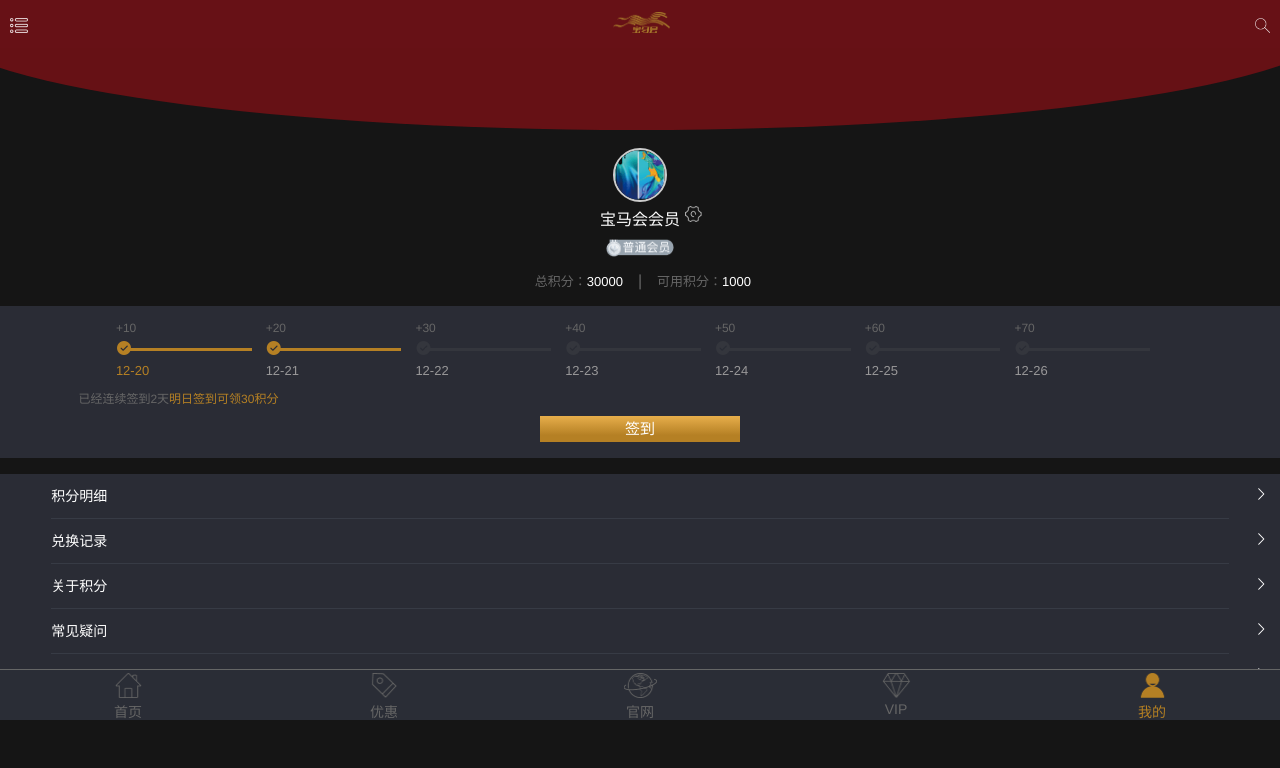
Repository: ada6688/IntegralMall
Page: /Member
These files come from the project's save history. The page is drawn as it stood at one moment and after the next save; the edit follows.
The browser window is 1280 px wide. The pictures show the whole page.
The project was rebuilt for these pictures with package versions that can differ from the ones it lists, and the page was loaded fresh each time. Also part of the build but not shown: src/components/page/notice.vue, src/components/page/shouye.vue, src/components/page/Vip.vue, src/components/page/Youhui.vue, src/router/index.js.

Above is the page before, as saved 2020-01-04 19:33:14.

### index.html
<!DOCTYPE html>
<html>
  <head>
    <meta charset="utf-8">
    <meta name="viewport" content="width=device-width,initial-scale=1.0">
    <title>integralmall</title>
  </head>
  <body>
    <div id="app"></div>
    <!-- built files will be auto injected -->
  </body>
</html>

### src/main.js
// The Vue build version to load with the `import` command
// (runtime-only or standalone) has been set in webpack.base.conf with an alias.
import Vue from 'vue'
import App from './App'
import router from './router'
import ElementUI from 'element-ui'
import 'element-ui/lib/theme-chalk/index.css'
import {Cell, CellGroup, Tabbar, TabbarItem, PullRefresh, Stepper, Tab, Tabs, Button, Row, Col, Swipe, SwipeItem, Lazyload, List, Field, NavBar} from 'vant'
import '../src/assets/css/common.css'
import '../src/assets/css/index.css'
import 'swiper/dist/css/swiper.css'
import VueAwesomeSwiper from 'vue-awesome-swiper'
// import BScroll from 'better-scroll'

// Vue.use(BScroll)
Vue.use(VueAwesomeSwiper)
Vue.use(ElementUI)
Vue.use(Cell).use(CellGroup).use(Tabbar).use(TabbarItem).use(Stepper).use(PullRefresh).use(Tab).use(Tabs).use(Field).use(NavBar).use(Button).use(Row).use(Col).use(Swipe).use(SwipeItem).use(Lazyload).use(List)

Vue.config.productionTip = false

/* eslint-disable no-new */
new Vue({
  el: '#app',
  router,
  components: {
    App
  },
  template: '<App/>'
})
router.beforeEach((to, from, next) => {
  let str = '<p>个人中心</p>'
  if (to.meta.title) {
    document.getElementById('top-logo-change').innerHTML = to.meta.title
    if (to.meta.title === str) {
      document.getElementById('top-nav-right').innerHTML = '<img src="/static/topnav/kf.png" alt="搜索">'
    } else {
      document.getElementById('top-nav-right').innerHTML = '<img src="/static/topnav/ss.png" alt="搜索">'
    }
    // document.title = to.meta.title
  }
  next()
})

### src/App.vue
<template>
  <div id="app">
    <TopNav></TopNav>
    <router-view/>
    <BottomNav></BottomNav>
  </div>
</template>

<script>
import BottomNav from '@/components/common/Bottomnav'
import TopNav from '@/components/common/Topnav'
export default {
  name: 'App',
  components: {
    BottomNav,
    TopNav
  }
}
</script>

<style>
#app {
  font-family: 'Avenir', Helvetica, Arial, sans-serif;
  -webkit-font-smoothing: antialiased;
  -moz-osx-font-smoothing: grayscale;
  text-align: center;
  color: #2c3e50;
  background: #151515;
  height: 100vh;
}
</style>

### src/assets/css/common.css
body,p,ul{
  margin: 0;
  padding: 0;
}
li{
  list-style: none;
}
/* 顶部栏 */
.top-nav{
  width: 100%;
  height: 3rem;
  line-height: 3.5rem;
  background-color: #671116;
  position: fixed;
  top: 0;
  z-index: 99;
}
.top-nav-logo{
  color: #B58024;
}
.top-nav > div{
  display: inline-block;
  height: 100%;
}
.top-nav-left{
  float: left;
  margin-left: 10px;
}
.top-nav-right{
  float: right;
  margin-right: 10px;
}
.banner-item > img{
  width: 100%;
}
.swiper-container{
  height: 7.28rem;
}
.top-nav-t{
  color: #B58024;
}
/* 每个一级页面共有class */
.main-wrap{
  margin-top: 3rem;
  margin-bottom: 3.125rem;
  background: #151515;
}
/* 公告 */
.Notice-sign{
  width: 2rem;
  height: 100%;
  background: url('../images/topnav/lb.png') center no-repeat;
  float: left;
  box-shadow: 1px 0px 5px rgba(0,0,0,0.8);
}
.Notice-textBox {
  width: 100%;
  height: 1.3rem;
  line-height: 1.3rem;
  font-size: .5rem;
  color: #999999;
  background: #2A2D36;
  overflow: hidden;
  position: relative;
  text-align: left;
  z-index: 9;
}
.Notice-text {
  width: 100%;
  padding-left: 42px;
  position: absolute;
  bottom: 0;
}
.slide-enter-active, .slide-leave-active {
  transition: all 0.5s linear;
}
.slide-enter{
  transform: translateY(20px) scale(1);
  opacity: 1;
}
.slide-leave-to {
  transform: translateY(-20px) scale(0.8);
  opacity: 0;
}
/* 底部导航 */
.bottom-tab{
  width:100%;
  height:3.125rem;
  background-color:#2A2D36;
  border-top: 1px solid #656666;
  position: fixed;
  left:0px;
  bottom:0px;
}
.tab-item{
  width: 20%;
  float: left;
  align-items:center;
  justify-content:center;
  font-size:14px;
  color:#666;
  z-index: 999;
}
.NavSigh{
    width:33px;
    margin-top:3px;
}
.on{
  color:#b58023;
}

### src/assets/css/index.css
/****************** 首页商品 *****************/
.products-item{
  width: 46.9%;
  height: 100px;
  padding-right: 2.9%;
  border-right: 1px solid #161616;
  border-bottom: 1px solid #161616;
  background: #292C35;
  float: left;
}
.products-item-even{
  width: 46.9%;
  height: 100px;
  border-bottom: 1px solid #161616;
  background: #292C35;
  padding-left: 2.9%;
  float: left;
}
.product-item-text{
  width: 50%;
  height: 70px;
  color: #ffffff;
  margin-top: 15px;
  float: left;
  text-align: left;
}
.product-item-text p{
  height: 43px;
  font-size: 15px;
  margin-bottom: 5px;
  display: -webkit-box;/*作为弹性伸缩盒子模型显示*/
  -webkit-line-clamp: 2; /*显示的行数；如果要设置2行加...则设置为2*/
  overflow: hidden; /*超出的文本隐藏*/
  text-overflow: ellipsis; /* 溢出用省略号*/
  -webkit-box-orient: vertical;
}
.product-item-text span{
  color: #B58024;
  font-size: 13px;
}
.product-item-img{
  width: 12%;
  height: 100px;
  display: table-cell;
  vertical-align: middle;
  /* float: left; */
}
.product-item-img img{
  max-width: 100%;
}
/******************* 优惠 *******************/
.yh-wrap div{
  padding: 1rem 1rem 0 1rem;
}
.yh-wrap img{
  width: 100%;
}
/******************* VIP *******************/
.level-welfare-wrap, .level-require-wrap{
  padding-bottom: 20px;
}
.VipTop-level-sign{
  display: inline-block;
}
.VipTop-level-text{
  position: absolute;
  bottom: -5px;
}
.vip-level-wrap ul li{
  float: left;
  width: 33.33%;
  height: 79px;
}
.vip-level-wrap ul div{
  width: 34px;
  height: 34px;
  border: 1px solid #CCCCCC;
  border-radius: 17px;
  margin-bottom: 9px;
  display: inline-block;
  vertical-align: middle;
}
.vip-level-wrap ul img{
  margin-top: 7px;
}
.vip-level-wrap ul li>p{
  color: #CCCCCC;
  font-size: 13px;
}
.Vip-level-T{
  color: #ffffff;
  font-size: 16px;
  font-weight: bold;
  text-align: left;
  padding: 15px 0 10px 17px;
  background: #2A2C35;
}
.Vip-level-tips{
  color: #F5BF1B;
  font-size: 13px;
  text-align: left;
  padding: 15px 20px 10px 17px;
  background: #2A2C35;
}
.level-rules-wrap{
  color: #CCCCCC;
  font-size: 12px;
  background: #2A2C35;
  text-align: left;
  padding: 15px 17px 16px 17px;
  margin-bottom: 50px;
}
.level-rules-wrap span{
  font-size: 16px;
  color: #ffffff;
  display: inline-block;
  margin-bottom: 9px;
}
.level-rules-wrap p{
  line-height: 24px;
  /* margin-top: 5px; */
}
.level-rules-wrap p:last-child{
  margin-bottom: 10px;
}
/******************* 个人中心 *******************/
.d{
  height: 1000px;
  width: 100%;
  background-color: blueviolet;
}
.member-half-circle{
  width: 111%;
  height: 31%;
  border-radius: 50%;
  position: fixed;
  top: -13%;
  background: #661115;
  left: -5.8%;
}
.member-wrap{
  padding-top: 100px;
}
.member-img > img{
  width: 7vh;
  height: 7vh;
  border-radius: 100%;
  border: 2px solid #CCCCCC;
}
.member-name{
  color: #ffffff;
  font-size: 16px;
  position: relative;
}
.member-name img{
  position: absolute;
  margin-left: 5px;
  bottom: 8px;
}
.member-level-sign{
  margin: 8px 0 10px 0;
}
.member-integral{
  text-align: center;
}
.member-integral-slice{
  display: inline-block;
  color: #666666;
  margin: 0 15px;
}
.member-integral span{
  font-size: 13px;
  color: #ffffff;
}
.member-integral p{
  font-size: 13px;
  color: #666666;
  display: inline-block;
}
.member-total{
  width: 42%;
  display: inline-block;
  text-align: right;
}
.member-useful{
  width: 42%;
  display: inline-block;
  text-align: left;
}
.member-signIn{
  background: #2A2C35;
  padding: 15px 1rem 1rem 1rem;
  margin: 16px 0;
}
.member-signIn-status-1{
  width: 12%;
  text-align: left;
  display: inline-block;
}
.member-signIn-in{
  color: #666666;
  font-size: 12px;
  margin-bottom: 5px;
}
.member-signIn-date{
  color: #999899;
  font-size: 13px;
  margin-top: 5px;
}
.member-signIn-date-active{
  color: #B58024;
  font-size: 13px;
  margin-top: 5px;
}
.el-icon-success{
  color: #34363D;
}
.member-signIn-line{
  width: 84%;
  height: 3px;
  display: inline-block;
  background: #34363D;
  margin: 0 -34px 3px -6px;
}
.member-signIn-icon-active{
  color: #B58024 !important;
}
.member-signIn-active{
  background: #B58024 !important;
}
.member-signIn-tips{
  font-size: 12px;
  text-align-last: justify;
  padding: 0 5%;
  margin-top: 10px;
}
.member-signIn-tips p{
  display: inline-block;
}
.member-signIn-tips p:first-child{
  color: #666666;
}
.member-signIn-tips p:last-child{
  color: #B58024;
}
.member-signIn-button{
  width:200px;
  height:26px;
  line-height: 26px;
  color: #ffffff;
  font-size: 15px;
  margin: 0 auto;
  background:linear-gradient(0deg,rgba(181,128,36,1) 26%,rgba(231,174,75,1) 100%);
  margin-top: 10px;
}
.member-more-detail{
  width: 92%;
  line-height: 44px;
  color: #ffffff;
  background: #2A2C35;
  padding: 0 4%;
}
.member-jifen,.member-duihuan,.member-guanyu,.member-yiwen,.member-guize{
  height: 44px;
  border-bottom: 1px solid #373B45;
}
.member-jifen-T{
  font-size: 14px;
  float: left;
  margin-right: 66%;
}
.el-icon-arrow-right{
  width: 7px;
  height: 7px;
  position: absolute;
  right: 20px;
  margin-top: 12px;
}

### src/components/common/Bottomnav.vue
<template>
  <div class="bottom-tab">
    <div class="tab-item" @click="switchTo('/shouye')">
      <img class="NavSigh" :src="'/shouye' === $route.path ? tabBarImgArr[0].selected : tabBarImgArr[0].normal" alt="首页">
      <p :class="{on: '/shouye' === $route.path}">首页</p>
    </div>
    <div class="tab-item" @click="switchTo('/Youhui')">
      <img class="NavSigh" :src="'/Youhui' === $route.path ? tabBarImgArr[1].selected : tabBarImgArr[1].normal" alt="推荐">
      <p :class="{on: '/Youhui' === $route.path}">优惠</p>
    </div>
    <div class="tab-item">
      <img class="NavSigh" :src="'/' === $route.path ? tabBarImgArr[2].selected : tabBarImgArr[2].normal" alt="搜索">
      <p :class="{on: '/' === $route.path}">官网</p>
    </div>
    <div class="tab-item" @click="switchTo('/Vip')">
      <img class="NavSigh" :src="'/Vip' === $route.path ? tabBarImgArr[3].selected : tabBarImgArr[3].normal" alt="聊天">
      <p :class="{on: '/Vip' === $route.path}">VIP</p>
    </div>
    <div class="tab-item" @click="switchTo('/Member')">
      <img class="NavSigh" :src="'/Member' === $route.path ? tabBarImgArr[4].selected : tabBarImgArr[4].normal" alt="我的">
      <p :class="{on: '/Member' === $route.path}">我的</p>
    </div>
  </div>
</template>
<script>
export default {
  data () {
    return {
      tabBarImgArr: [
        {normal: require('../../assets/images/navLogo/sy_x.png'), selected: require('../../assets/images/navLogo/sy.png')},
        {normal: require('../../assets/images/navLogo/yh_x.png'), selected: require('../../assets/images/navLogo/yh.png')},
        {normal: require('../../assets/images/navLogo/gw_x.png'), selected: require('../../assets/images/navLogo/gw.png')},
        {normal: require('../../assets/images/navLogo/zs_x.png'), selected: require('../../assets/images/navLogo/zs.png')},
        {normal: require('../../assets/images/navLogo/wd_x.png'), selected: require('../../assets/images/navLogo/wd.png')}
      ]
    }
  },
  methods: {
    switchTo (path) {
      this.$router.replace(path)
    }
  }
}
</script>
<style>

</style>

### src/components/common/Topnav.vue
<template>
  <div class="top-nav">
    <div class="top-nav-left">
      <img src="../../assets/images/topnav/cd.png" alt="菜单">
    </div>
    <div id="top-logo-change" class="top-nav-logo">
      <img src="../../assets/images/topnav/logo.png" alt="logo">
    </div>
    <div id="top-nav-right" class="top-nav-right">
      <img src="../../assets/images/topnav/ss.png" alt="搜索">
    </div>
  </div>
</template>
<script>
export default {
  data () {
    return {
      tabBarImgArr: [
        {normal: require('../../assets/images/topnav/logo.png')},
        {normal: require('../../assets/images/topnav/ss.png')},
        {normal: require('../../assets/images/topnav/cd.png')}
      ]
    }
  }
}
</script>
<style>

</style>

### src/components/page/Member.vue
<template>
  <div class="main-wrap">
    <div class="member-half-circle"></div>
    <div class="member-wrap">
      <!-- 会员信息 -->
      <div class="member-person-info">
        <!-- 会员头像 -->
        <div class="member-img">
          <img src="../../assets/images/products/hw.png" alt="">
        </div>
        <!-- 会员名称与设置图标 -->
        <p class="member-name">
          <span>宝马会会员</span>
          <img src="../../assets/images/member/sz.png" alt="">
        </p>
        <!-- 会员等级图标 -->
        <div class="member-level-sign">
          <img src="../../assets/images/member/pt.png" alt="">
        </div>
        <div class="member-integral">
          <div class="member-total">
            <p>总积分：</p>
            <span>30000</span>
          </div>
          <div class="member-integral-slice">|</div>
          <div class="member-useful">
            <p>可用积分：</p>
            <span>1000</span>
          </div>
        </div>
      </div>
      <!-- 签到 -->
      <div class="member-signIn">
        <div class="member-signIn-status">
          <!-- 签到进度条 -->
          <div class="member-signIn-status-1">
            <p class="member-signIn-in">+10</p>
            <i class="el-icon-success member-signIn-icon-active"></i>
            <span class="member-signIn-line member-signIn-active"></span>
            <p class="member-signIn-date-active">12-20</p>
          </div>
          <div class="member-signIn-status-1">
            <p class="member-signIn-in">+20</p>
            <i class="el-icon-success member-signIn-icon-active"></i>
            <span class="member-signIn-line member-signIn-active"></span>
            <p class="member-signIn-date">12-21</p>
          </div>
          <div class="member-signIn-status-1">
            <p class="member-signIn-in">+30</p>
            <i class="el-icon-success"></i>
            <span class="member-signIn-line"></span>
            <p class="member-signIn-date">12-22</p>
          </div>
          <div class="member-signIn-status-1">
            <p class="member-signIn-in">+40</p>
            <i class="el-icon-success"></i>
            <span class="member-signIn-line"></span>
            <p class="member-signIn-date">12-23</p>
          </div>
          <div class="member-signIn-status-1">
            <p class="member-signIn-in">+50</p>
            <i class="el-icon-success"></i>
            <span class="member-signIn-line"></span>
            <p class="member-signIn-date">12-24</p>
          </div>
          <div class="member-signIn-status-1">
            <p class="member-signIn-in">+60</p>
            <i class="el-icon-success"></i>
            <span class="member-signIn-line"></span>
            <p class="member-signIn-date">12-25</p>
          </div>
          <div class="member-signIn-status-1">
            <p class="member-signIn-in">+70</p>
            <i class="el-icon-success"></i>
            <span class="member-signIn-line"></span>
            <p class="member-signIn-date">12-26</p>
          </div>
          <div class="member-signIn-tips">
            <p>已经连续签到2天</p>
            <p>明日签到可领30积分</p>
          </div>
          <!-- 签到按钮 -->
          <div class="member-signIn-button">签到</div>
        </div>
      </div>
      <!-- 积分明细，兑换记录，积分详情疑问规则等 -->
      <div class="member-more-detail">
        <div class="member-jifen">
          <div  class="member-jifen-T">积分明细</div>
          <i class="el-icon-arrow-right"></i>
        </div>
        <div class="member-duihuan">
          <div  class="member-jifen-T">兑换记录</div>
          <i class="el-icon-arrow-right"></i>
        </div>
        <div class="member-guanyu">
          <div  class="member-jifen-T">关于积分</div>
          <i class="el-icon-arrow-right"></i>
        </div>
        <div class="member-yiwen">
          <div  class="member-jifen-T">常见疑问</div>
          <i class="el-icon-arrow-right"></i>
        </div>
        <div class="member-guize">
          <div  class="member-jifen-T">规则与条款</div>
          <i class="el-icon-arrow-right"></i>
        </div>
      </div>
    </div>
  </div>
</template>
<script>
export default {
  name: 'App',
  components: {
  },
  data () {
    return {
      active: 0
    }
  }
}
</script>
<style>

</style>

After the next save:
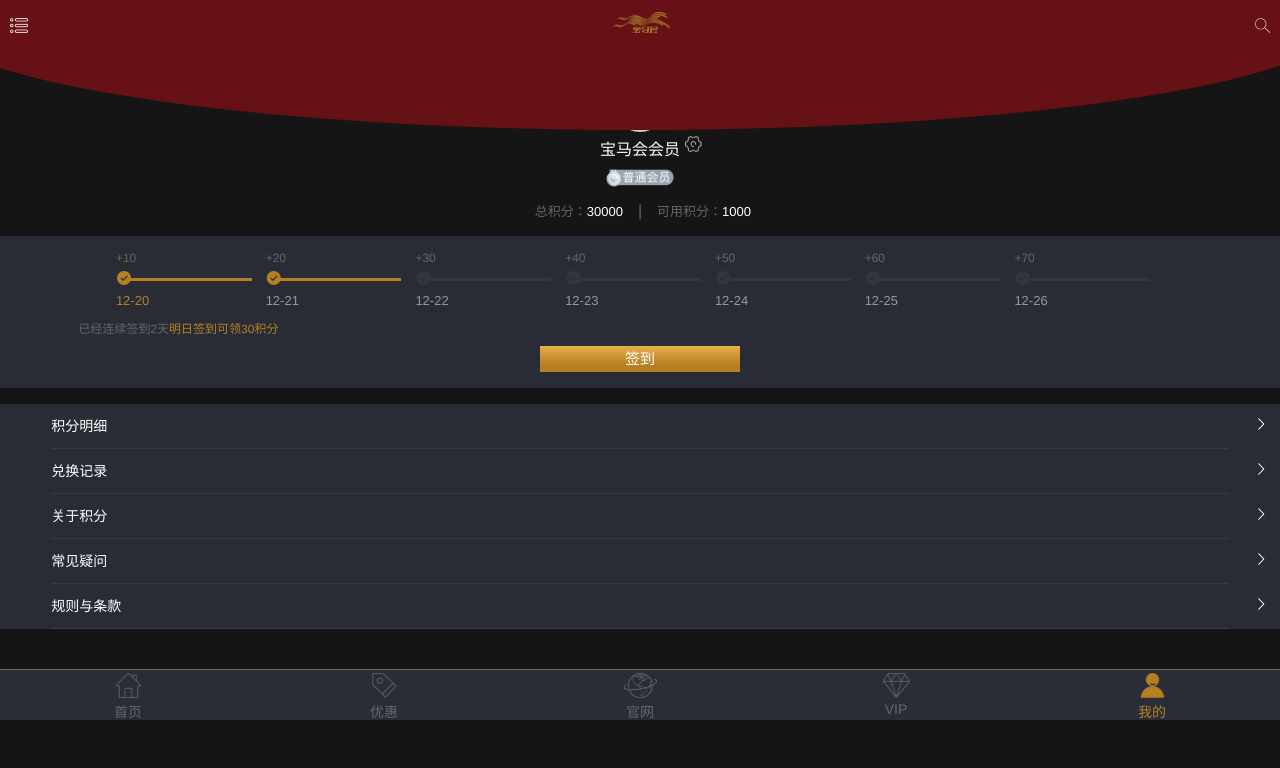
Saved 68 s later.
--- a/src/assets/css/index.css
+++ b/src/assets/css/index.css
@@ -124,11 +124,6 @@
   margin-bottom: 10px;
 }
 /******************* 个人中心 *******************/
-.d{
-  height: 1000px;
-  width: 100%;
-  background-color: blueviolet;
-}
 .member-half-circle{
   width: 111%;
   height: 31%;
@@ -139,7 +134,7 @@
   left: -5.8%;
 }
 .member-wrap{
-  padding-top: 100px;
+  padding-top: 30px;
 }
 .member-img > img{
   width: 7vh;
